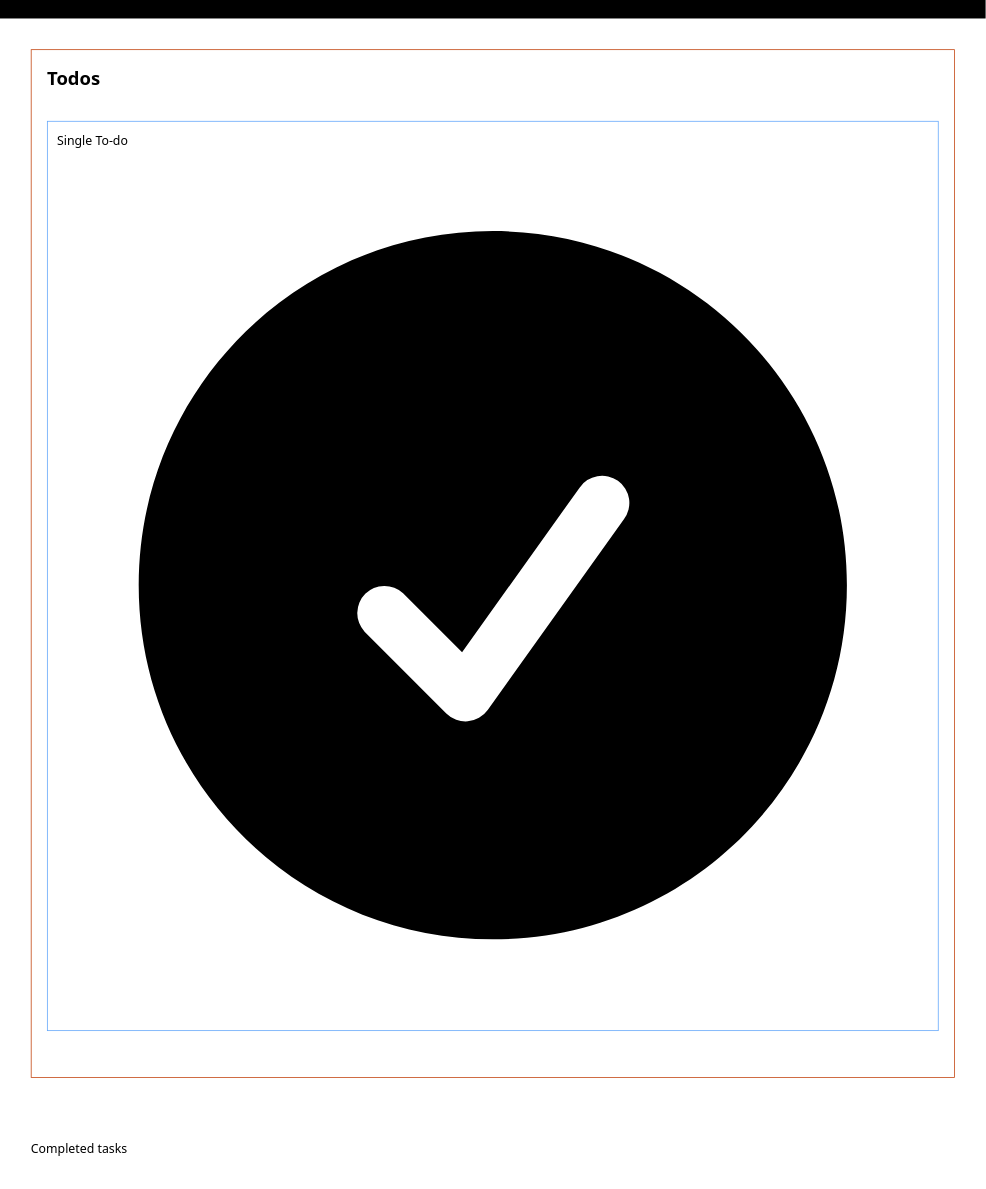
Repository: thekingisherenow/personalTodo
Page: /
The author's editor kept a copy of each file at every save. The page is drawn from the files as they stood at one save, then again after the next save.
The browser window is 1280 px wide. The pictures show the whole page, at 77% of full size.
The project was rebuilt for these pictures with package versions that can differ from the ones it lists, and the page was loaded fresh each time. The framework's server and built-in components were replaced by stand-ins that run in the browser. Also part of the build but not shown: next.config.js, styles/Home.module.css.

Above is the page before, as saved 2022-12-15 15:02:03.

After the next save:
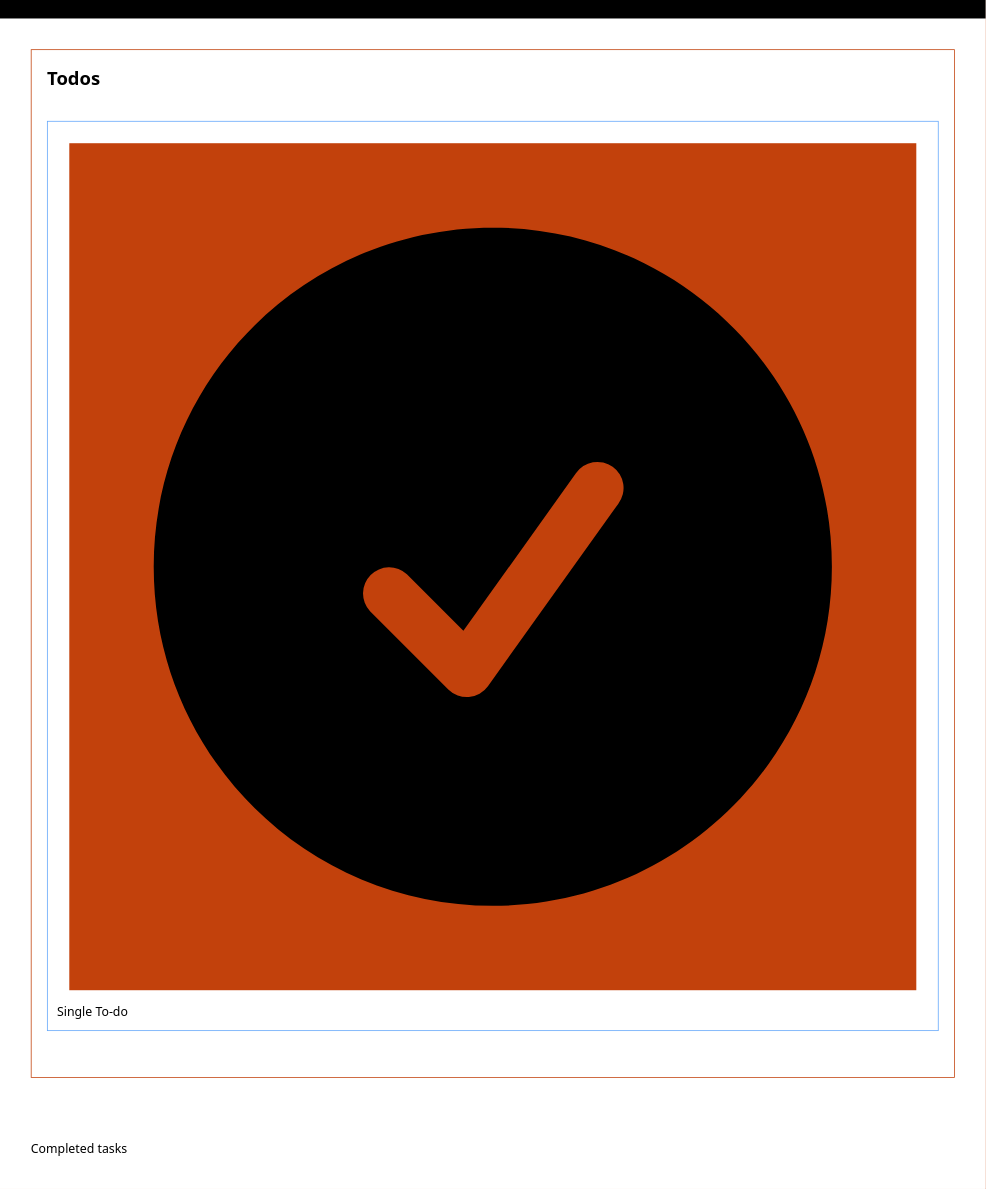
Saved 35 s later.
--- a/components/Todo.js
+++ b/components/Todo.js
@@ -4,8 +4,8 @@ import { CheckCircleIcon } from '@heroicons/react/24/solid'
 function Todo() {
   return (
     <div className='border border-blue-400 p-3 my-10'>
+      <CheckCircleIcon className='m-4 p-2 bg-orange-700' />
       <span>Single To-do</span>
-      <CheckCircleIcon />
     </div>
   )
 }
